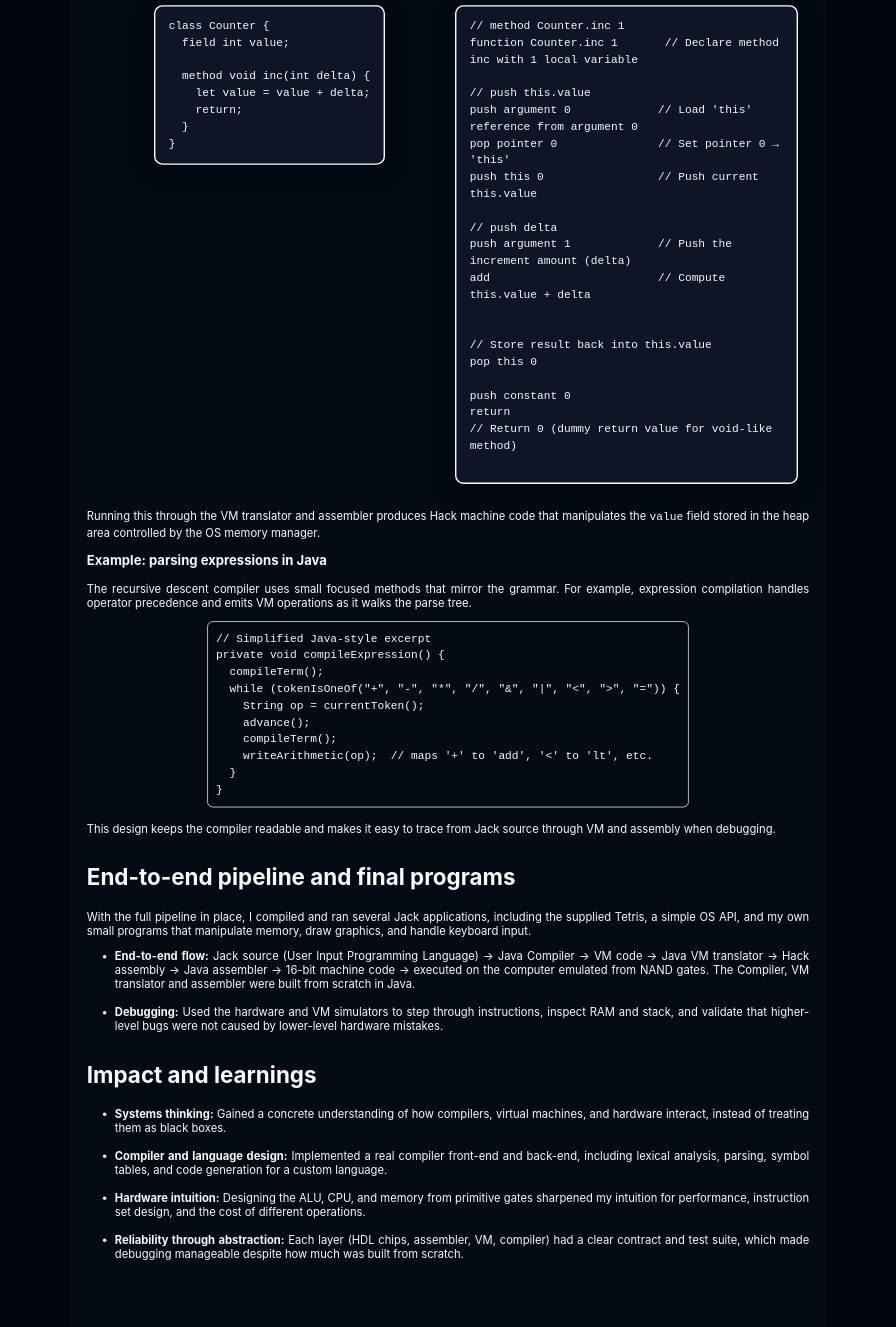
Repository: Abdulaziz-04/Abdulaziz-04.github.io
Page: deepdives/backend_systems/nand2tetris/nand2tetris.html
The author's editor kept a copy of each file at every save. The page is drawn from the files as they stood at one save, then again after the next save.
The browser window is 1280 px wide. The pictures show the part of the page from y = 4579 to 6499 px (the page is 6475 px tall before and 6499 px after), at 70% of full size.

Above is the page before, as saved 2025-11-20 21:49:52.

After the next save:
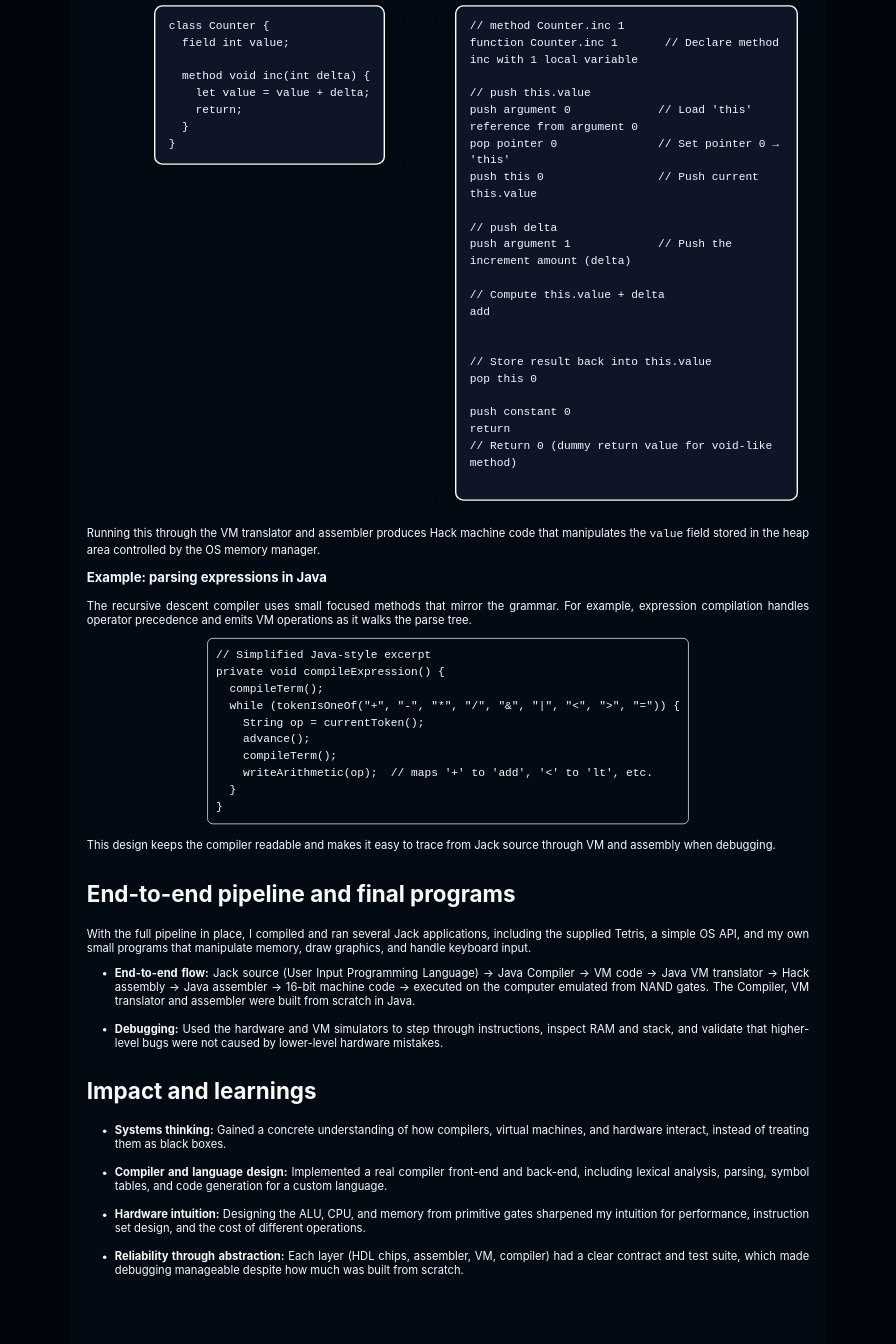
Saved 17 s later.
--- a/deepdives/backend_systems/nand2tetris/nand2tetris.html
+++ b/deepdives/backend_systems/nand2tetris/nand2tetris.html
@@ -492,7 +492,9 @@
 
 // push delta
 push argument 1             // Push the increment amount (delta)
-add                         // Compute this.value + delta
+
+// Compute this.value + delta
+add
 
 
 // Store result back into this.value

After the save that followed:
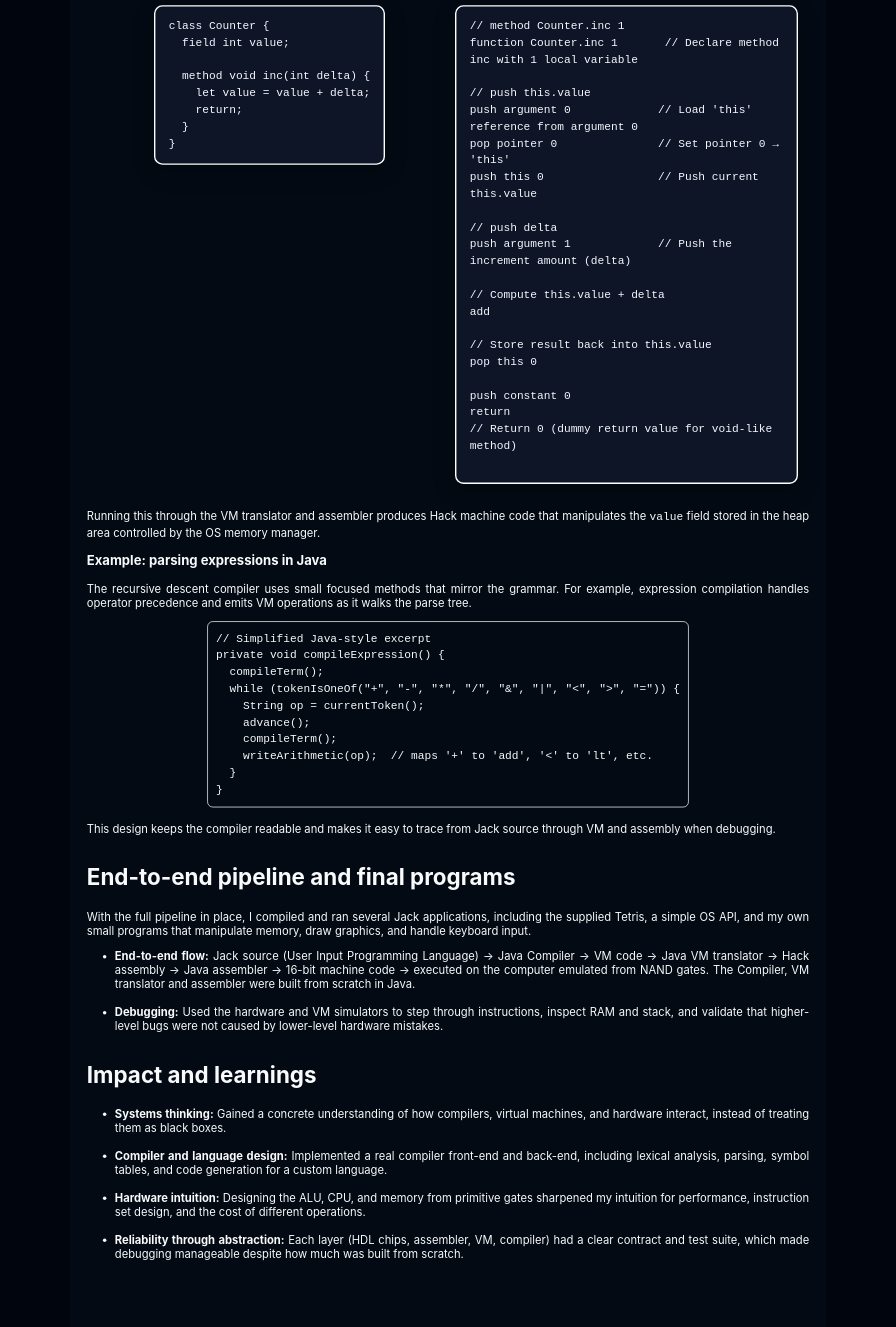
Saved 8 s later.
--- a/deepdives/backend_systems/nand2tetris/nand2tetris.html
+++ b/deepdives/backend_systems/nand2tetris/nand2tetris.html
@@ -496,7 +496,6 @@
 // Compute this.value + delta
 add
 
-
 // Store result back into this.value
 pop this 0
 
